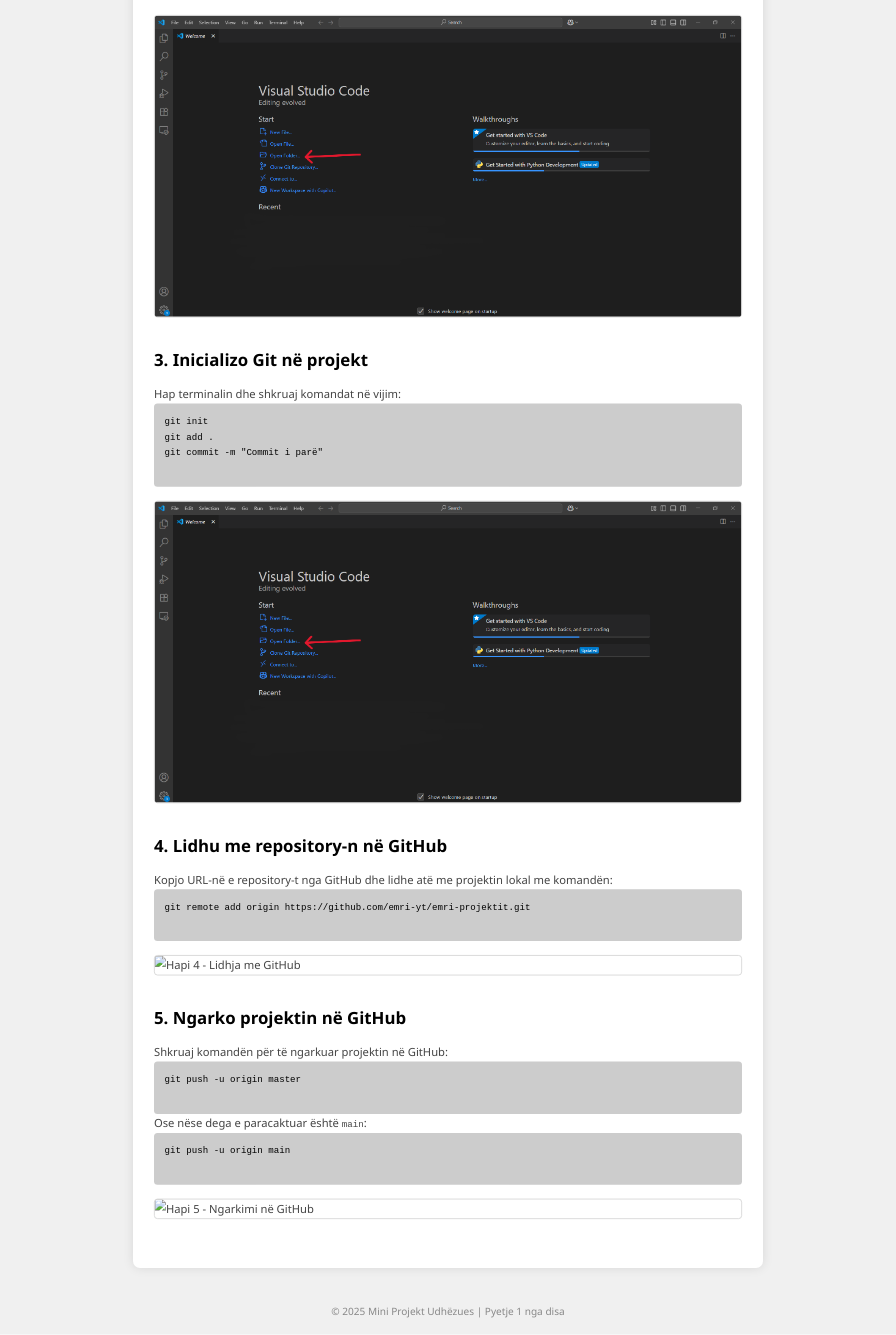
Repository: OrestiFezo/AnswerMe
Page: Index.html
An editor plug-in stored every save of this project. The page is shown before and after the next save, followed by the edit.
The browser window is 1280 px wide. The pictures show the part of the page from y = 2068 to 3988 px (the page is 3975 px tall before and 3988 px after), at 70% of full size.

Above is the page before, as saved 2025-07-13 19:48:39.
Not found: photo4.png
Not found: photo5.png

### Index.html
<!DOCTYPE html>
<html lang="sq">
<head>
    <meta charset="UTF-8">
    <meta name="viewport" content="width=device-width, initial-scale=1.0">
    <title>Ngarko Projektin në GitHub</title>
    <style>
        :root {
            --white: #ffffff;
            --light-gray: #f0f0f0;
            --gray: #cccccc;
            --dark-gray: #444444;
            --black: #000000;
            --accent: #888888;
        }

        * {
            box-sizing: border-box;
            margin: 0;
            padding: 0;
        }

        body {
            font-family: 'Segoe UI', Tahoma, Geneva, Verdana, sans-serif;
            background-color: var(--light-gray);
            color: var(--dark-gray);
            line-height: 1.7;
        }

        header {
            background-color: var(--black);
            color: var(--white);
            padding: 30px 20px;
            text-align: center;
            border-bottom: 5px solid var(--gray);
        }

        main {
            max-width: 900px;
            margin: 30px auto;
            padding: 30px;
            background-color: var(--white);
            box-shadow: 0 0 15px rgba(0, 0, 0, 0.1);
            border-radius: 10px;
        }

        h2 {
            color: var(--black);
            margin-bottom: 15px;
        }

        ul {
            background-color: var(--light-gray);
            padding: 15px 25px;
            margin-bottom: 30px;
            border-left: 5px solid var(--gray);
            border-radius: 5px;
        }

        ul li {
            margin-bottom: 10px;
            color: var(--dark-gray);
        }

        section {
            margin-bottom: 40px;
        }

        pre {
            background-color: var(--gray);
            color: var(--black);
            padding: 15px;
            border-radius: 5px;
            font-family: monospace;
            overflow-x: auto;
        }

        img {
            display: block;
            margin: 20px auto;
            max-width: 100%;
            border-radius: 5px;
            border: 1px solid var(--gray);
        }

        footer {
            text-align: center;
            padding: 20px;
            font-size: 0.9rem;
            color: var(--accent);
        }
    </style>
</head>
<body>

    <header>
        <h1>Pyetja 1</h1>
        <p>Si të ngarkosh një projekt në GitHub nga Visual Studio Code</p>
    </header>

    <main>
        <section>
            <h2>Hapat Kryesorë</h2>
            <ul>
                <li>1. Krijo një repository të ri në GitHub (publik)</li>
                <li>2. Hap projektin në Visual Studio Code</li>
                <li>3. Inicializo Git në projektin tënd</li>
                <li>4. Lidhu me repository-n në GitHub</li>
                <li>5. Bëj push për të ngarkuar projektin</li>
            </ul>
        </section>

        <section>
            <h2>1. Krijo një repository të ri në GitHub</h2>
            <p>Shko te <strong>https://github.com</strong>, kyçu në llogarinë tënde dhe kliko në butonin <em>"New repository"</em>. Jep emrin e projektit, përshkrimin dhe zgjidh opsionin "Public". Mos zgjedh krijimin e README nëse ke tashmë projektin në kompjuter.</p>
            <img src="img\photo-1.png" alt="Hapi 1 - Krijimi i repository në GitHub">
            <img src="img\photo-2.png" alt="Hapi 2 - Krijimi i repository në GitHub">
        </section>

        <section>
            <h2>2. Hap projektin në Visual Studio Code</h2>
            <p>Hap Visual Studio Code dhe nga menyja zgjidh <em>File > Open Folder</em> dhe zgjidh dosjen e projektit tënd që do të ngarkosh në GitHub.</p>
            <img src="img\photo-3.png" alt="Hapi 3 - Hapja e projektit në VS Code">
        </section>

        <section>
            <h2>3. Inicializo Git në projekt</h2>
            <p>Hap terminalin dhe shkruaj komandat në vijim:</p>
            <pre>
git init
git add .
git commit -m "Commit i parë"
            </pre>
            <img src="img\photo-3.png" alt="Hapi 4 - Inicializimi i Git">
        </section>

        <section>
            <h2>4. Lidhu me repository-n në GitHub</h2>
            <p>Kopjo URL-në e repository-t nga GitHub dhe lidhe atë me projektin lokal me komandën:</p>
            <pre>
git remote add origin https://github.com/emri-yt/emri-projektit.git
            </pre>
            <img src="photo4.png" alt="Hapi 4 - Lidhja me GitHub">
        </section>

        <section>
            <h2>5. Ngarko projektin në GitHub</h2>
            <p>Shkruaj komandën për të ngarkuar projektin në GitHub:</p>
            <pre>
git push -u origin master
            </pre>
            <p>Ose nëse dega e paracaktuar është <code>main</code>:</p>
            <pre>
git push -u origin main
            </pre>
            <img src="photo5.png" alt="Hapi 5 - Ngarkimi në GitHub">
        </section>
    </main>

    <footer>
        © 2025 Mini Projekt Udhëzues | Pyetje 1 nga disa
    </footer>

</body>
</html>

After the next save:
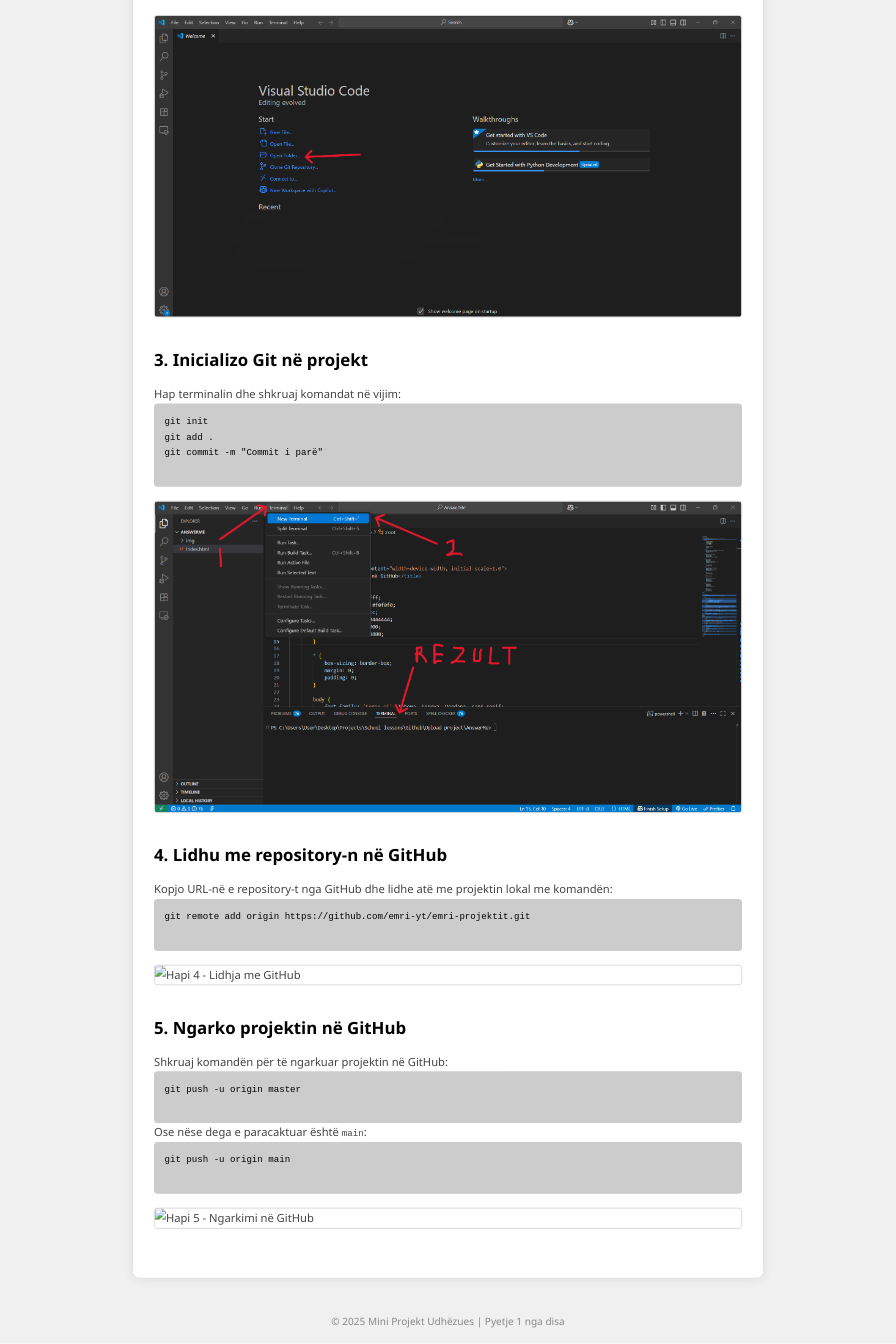
Saved 4 min 22 s later.
--- a/Index.html
+++ b/Index.html
@@ -131,7 +131,7 @@
 git add .
 git commit -m "Commit i parë"
             </pre>
-            <img src="img\photo-3.png" alt="Hapi 4 - Inicializimi i Git">
+            <img src="img\photo-4.png" alt="Hapi 4 - Inicializimi i Git">
         </section>
 
         <section>
